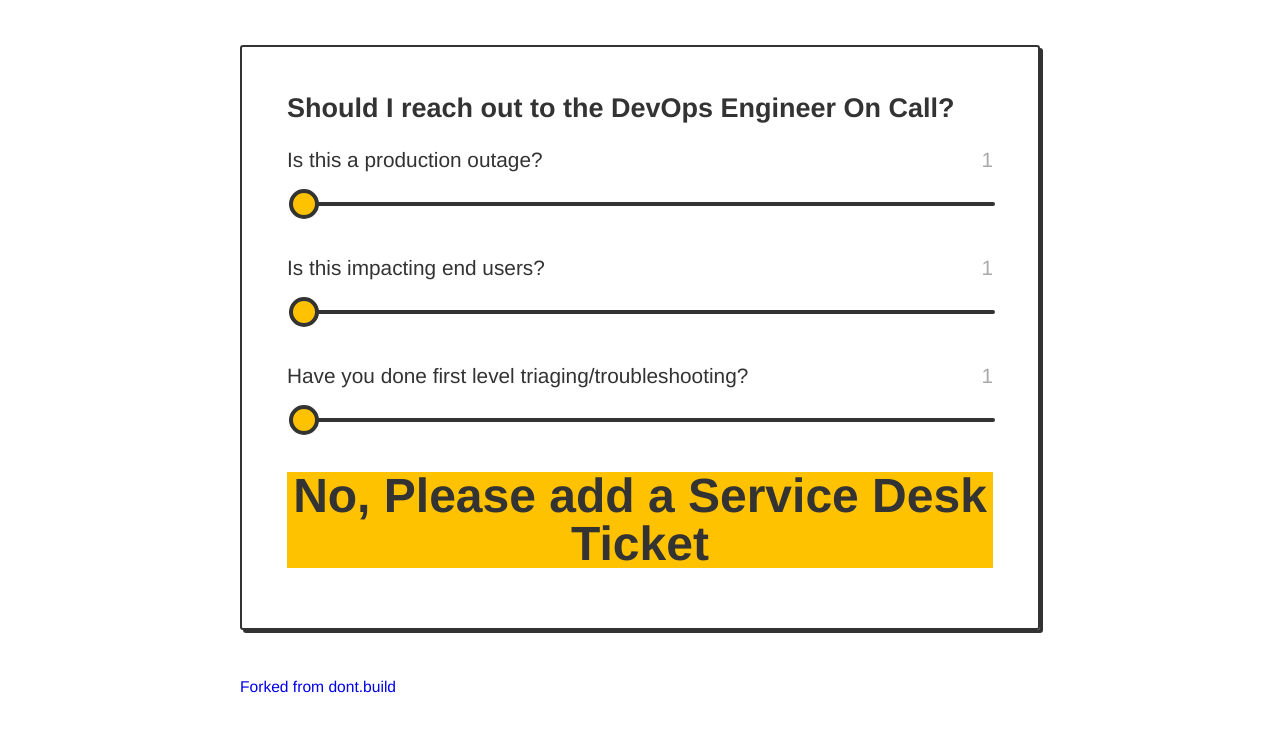
Repository: harishbsrinivas/dont.call
Page: index.html
An editor plug-in stored every save of this project. The page is shown before and after the next save, followed by the edit.
The browser window is 1280 px wide. The pictures show the whole page.

Above is the page before, as saved 2022-12-04 11:40:20.
Console error: TypeError: Cannot set properties of null (setting 'value')

### index.html
<!DOCTYPE html>
<html lang="en-US">

<head>
    <meta charset="utf-8" />
    <title>Should I reach out to the DevOps Engineer On Call?</title>
    <meta name="description"
        content="A simple, opinionated decision system to help decide whether to reach out to the Devops Engineer On Call?" />
    <link rel="shortcut icon" href="https://dont.build/favicon.png" />
    <meta property="og:image" content="https://dont.build/thumb.png">
    <meta name="viewport" content="width=device-width, initial-scale=1" />
    <link href="style.css?v=2" rel="stylesheet" type="text/css" />
</head>

<body>

    <div class="container">
        <section class="box">
            <h1 class="title">Should I reach out to the DevOps Engineer On Call?</h1>
            <br />
            <form class="form">
                <fieldset class="p-outage">
                    <span class="value"></span>
                    <label>Is this a production outage?</label>
                    <input type="range" min="1" max="2" step="1" value="1" />
                </fieldset>
                <fieldset class="p-impact">
                    <span class="value"></span>
                    <label>Is this impacting end users?</label>
                    <input type="range" min="1" max="3" step="1" value="1" />
                </fieldset>
                <fieldset class="p-tshoot">
                    <span class="value"></span>
                    <label>Have you done first level triaging/troubleshooting?</label>
                    <input type="range" min="1" max="2" step="1" value="1" />
                </fieldset>
            </form>
            <h1 class="answer">
                <span><span class="bool"></span><span class="percent"></span></span>
            </h1>
        </section>

        <noscript>
            <h1>This page requires Javascript to function.</h1>
        </noscript>

        <footer><a href="https://github.com/knadh/dont.build">Forked from dont.build</a>
        </footer>
    </div>


    <script>
        (function () {
            const params = [
                { weight: 1, value: 1, negative: false, name: 'p-outage', },
                { weight: 2, value: 1, negative: false, name: 'p-impact', },
                { weight: 0.3, value: 1, negative: false, name: 'p-tshoot', },
                { weight: 0.3, value: 1, negative: false, name: 'p-peers', },
            ]

            params.forEach((p, n) => {
                let net = 0;
                const inp = document.querySelector(`.${p.name} input`);

                inp.value = p.value;
                inp.oninput = (e) => {
                    const val = parseFloat(e.target.value, 64);
                    document.querySelector(`.${p.name} .value`).innerText = val;
                    p.value = val;

                    // Sum all weighted params.
                    const sum = params.reduce((prev, pm) => {
                        let v = pm.value;
                        if (pm.negative) {
                            v = 10 - v;
                        }

                        return prev + (v / 10 * pm.weight);
                    }, 0);

                    // Display the results.
                    // document.querySelector(".answer .percent").innerText = `${(sum * 100).toFixed(0)}%`;

                    let b = 'Yes';
                    if (sum < 0.5 && sum > 0.46) {
                        b = `No, Please add a Service Desk Ticket`;
                    } else if (sum < 0.48) {
                        b = `No, Please add a Service Desk Ticket`;
                    } else if (sum > 0.5 && sum < 0.54) {
                        b = `Yes`;
                    } else if (sum === 0.5) {
                        b = 'Yes';
                    }
                    document.querySelector(".answer .bool").innerText = b;
                };

                inp.dispatchEvent(new Event('input'));
            });
        })();
    </script>

</body>

</html>

### style.css
:root {
    --primary: #ffc200;
    --secondary: #333;
}

* {
    box-sizing: border-box;
}

html, body {
    margin: 0;
}

body {
    font-family: 'Helvetica Neue', 'Segoe UI', Arial, sans-serif;
    font-size: 18px;
    line-height: 24px;
    color: var(--secondary);
    height: 100%;
    margin: 0;
    padding: 0;
}

h1, h2, h3 {
  line-height: 2rem;
}

a {
    text-decoration: none;
}

p {
  color: #666;
}

fieldset {
  padding: 0;
  margin: 0;
  border: 0;
}

input[type="range"] {
  -webkit-appearance: none;
  width: 100%;
  height: 4px;
  background: var(--secondary);
  border-radius: 3px;
}

input[type="range"]::-webkit-slider-thumb {
  -webkit-appearance: none;
  background: var(--primary);
  height: 30px;
  width: 30px;
  border-radius: 50%;
  cursor: pointer;
  border: 4px solid var(--secondary);
}

input[type="range"]::-moz-range-thumb {
  background: var(--primary);
  border-radius: 100%;
  height: 20px;
  width: 20px;
  cursor: pointer;
  border: 4px solid var(--secondary);
}

input[type=range]::-webkit-slider-runnable-track  {
  -webkit-appearance: none;
  box-shadow: none;
  border: none;
  background: transparent;
}


button {
    background: var(--primary);
    cursor: pointer;
    border-color: #000;
    padding: 10px 30px;
}
    button:hover {
        background: #aaa;
    }

.container {
    max-width: 800px;
    margin: 45px auto 30px auto;
}
.box {
    padding: 30px 45px;
    border: 1px solid #ddd;
    border-radius: 3px;
    border: 2px solid var(--secondary);
    box-shadow: 3px 3px 0px var(--secondary);
    margin-bottom: 45px;
}

.container .title {
  margin: 15px 0 0px 0;
}

.help {
  margin-top: 5px;
}

.form {
  clear: both;
}
.form fieldset {
  font-size: 1.3rem;
  margin-bottom: 45px;
}
  .form label {
    display: block;
    margin-bottom: 15px;
  }
  .form .value, .help {
    float: right;
    color: #aaa;
  }

.answer {
  text-align: center;
  margin: 30px 0;
  font-size: 3rem;
  line-height: 3rem;
}
  .answer span {
    display: inline-block;
    background: var(--primary);
  }

footer {
  margin: 30px auto;
  color: #999;
  font-size: 0.975rem;
}

@media (max-width: 800px) {
  .container {
    max-width: none;
    margin: 20px 30px 20px 20px;
    padding: 0;
  }
  .box {
    padding: 0;
    border: 0;
    box-shadow: none;
  }
  .help {
    float: none;
  }
  .form label {
    float: left;
    max-width: 90%;
  }
}


@media (max-width: 400px) {
  .form label {
    max-width: 70%;
  }
}

After the next save:
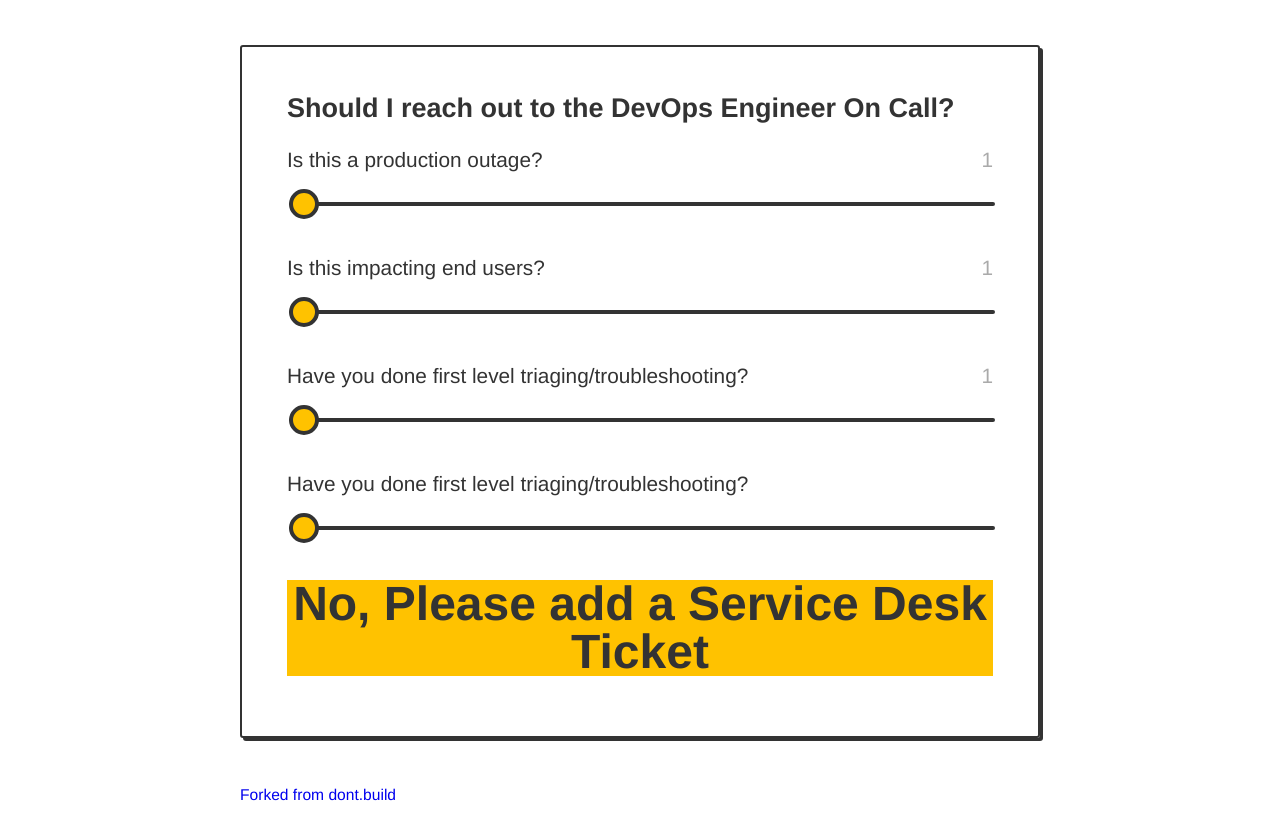
Saved 9 s later.
--- a/index.html
+++ b/index.html
@@ -28,6 +28,11 @@
                     <span class="value"></span>
                     <label>Is this impacting end users?</label>
                     <input type="range" min="1" max="3" step="1" value="1" />
+                </fieldset>
+                <fieldset class="p-tshoot">
+                    <span class="value"></span>
+                    <label>Have you done first level triaging/troubleshooting?</label>
+                    <input type="range" min="1" max="2" step="1" value="1" />
                 </fieldset>
                 <fieldset class="p-tshoot">
                     <span class="value"></span>
